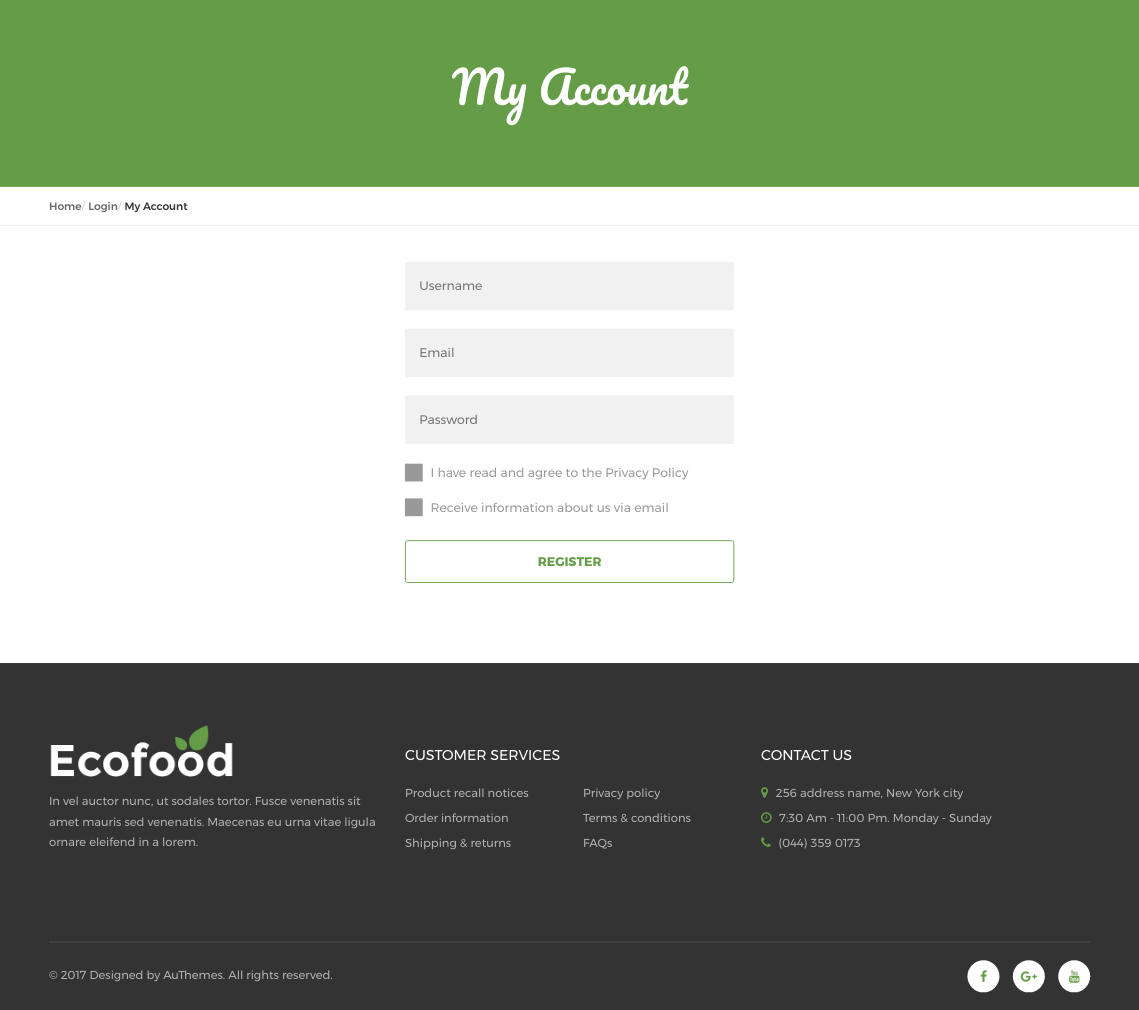
Repository: riteshyadav7878/ecofood
Page: http://localhost/register.php
An editor plug-in stored every save of this project. The page is shown before and after a run of saves, followed by the edit.
The browser window is 1280 px wide. The pictures show the whole page, at 89% of full size.
The page is run by PHP 8.4 with error messages shown; the project is at /var/www/html/. Other server files are loaded and not shown.

Above is the page before, as saved 2024-09-03 13:03:35.

### register.php
<!-- Backend -->
<?php
// Start session
session_start();

// Database connection
$conn = new mysqli('localhost', 'root', '', 'ecofood');

// Check connection
if ($conn->connect_error) {
    die("Connection failed: " . $conn->connect_error);
}

// Handling form submission
if ($_SERVER["REQUEST_METHOD"] == "POST") {
    // Get form data
    $username = $conn->real_escape_string(trim($_POST['username']));
    $email = $conn->real_escape_string(trim($_POST['email']));
    $password = $conn->real_escape_string(trim($_POST['password']));
    $receive_email_updates = isset($_POST['email-updates']) ? 1 : 0;

    // Password hashing for security
    $hashed_password = password_hash($password, PASSWORD_BCRYPT);

    // SQL query to insert data into the database
    $sql = "INSERT INTO user (username, email, password, receive_email_updates)
            VALUES ('$username', '$email', '$hashed_password', $receive_email_updates)";

    // Execute query
    if ($conn->query($sql) === TRUE) {
        // Redirect to login page after successful registration
        header("Location: login.php");
        exit();
    } else {
        echo "Error: " . $sql . "<br>" . $conn->error;
    }
}

// Close connection
$conn->close();
?>
<!DOCTYPE html>
<html class="no-js" lang="en">
<head>
    <meta charset="UTF-8">
    <title>Register - Ecofood HTML5 Templates</title>
    <meta name="description" content="Ecofood theme template">
    <meta name="author" content="AuCreative">
    <meta name="keywords" content="Ecofood theme template">
    <meta name="viewport" content="width=device-width, initial-scale=1">

    <link href="fonts/fonts.css" rel="stylesheet">
    <link href="vendor/font-awesome/css/font-awesome.min.css" rel="stylesheet">
    <link href="vendor/bootstrap/dist/css/bootstrap.min.css" rel="stylesheet">
    <link href="vendor/css-hamburgers/dist/hamburgers.min.css" rel="stylesheet">
    <link href="vendor/malihu-custom-scrollbar-plugin/jquery.mCustomScrollbar.css" rel="stylesheet">
    <link href="vendor/animate.css/animate.min.css" rel="stylesheet">
    <link href="css/main.css" rel="stylesheet">
    <link href="css/switcher.css" rel="stylesheet">
    <link href="css/colors/green.css" rel="stylesheet" id="colors">
    <link href="css/retina.css" rel="stylesheet">
    <link rel="shortcut icon" href="favicon.png">
    <link rel="apple-touch-icon" href="apple-touch-icon.png">
    <link rel="apple-touch-icon" sizes="72x72" href="apple-touch-icon-72x72.png">
    <link rel="apple-touch-icon" sizes="114x114" href="apple-touch-icon-114x114.png">
    <script src="js/modernizr-custom.js"></script>
</head>
<body>
    <div class="page-loader">
        <div class="loader"></div>
    </div>
    <div id="switcher">
        <!-- Switcher content here -->
    </div>
    <header>
        <!-- Header content here -->
    </header>

    <!-- Include Navbar -->
    <?php include 'Navbar.php'; ?>

    <section>
        <div class="section primary-color-background">
            <div class="container">
                <div class="p-t-70 p-b-85">
                    <div class="heading-page-1">
                        <h3>My Account</h3>
                    </div>
                </div>
            </div>
        </div>
        <div class="section border-bottom-grey">
            <div class="container">
                <div class="breadcrumb-1">
                    <ul>
                        <li><a href="index.php">Home</a></li>
                        <li><a href="login.php">Login</a></li>
                        <li><a href="register.php">My Account</a></li>
                    </ul>
                </div>
            </div>
        </div>
    </section>

    <div class="page-content p-t-40 p-b-90">
        <div class="container">
            <div class="row">
                <div class="col-md-4 col-md-push-4">
                    <div class="register-1">
                    <form class="theme-form" action="register.php" method="post">
    <input class="theme-input-text" type="text" name="username" placeholder="Username" required />
    <input class="theme-input-text" type="email" name="email" placeholder="Email" required />
    <input class="theme-input-text" type="password" name="password" placeholder="Password" required />
    <div class="theme-checkbox">
        <div class="item theme-input-chk">
            <input type="checkbox" id="privacy" required />
            <label for="privacy"></label>
            <span>I have read and agree to the Privacy Policy</span>
        </div>
        <div class="item theme-input-chk">
            <input type="checkbox" id="email-updates" name="email-updates" />
            <label for="email-updates"></label>
            <span>Receive information about us via email</span>
        </div>
    </div>
    <button class="au-btn au-btn-border au-btn-radius btn-block btn-submit" type="submit">REGISTER</button>
</form>


                    </div>
                </div>
            </div>
        </div>
    </div>









    <!-- Include Footer -->
    <?php include 'Footer.php'; ?>

    <div id="up-to-top">
        <i class="fa fa-angle-up"></i>
    </div>

    <script src="vendor/jquery/dist/jquery.min.js"></script>
    <script src="vendor/bootstrap/dist/js/bootstrap.min.js"></script>
    <script src="vendor/retinajs/dist/retina.min.js"></script>
    <script src="vendor/SmoothScroll/SmoothScroll.js"></script>
    <script src="js/switcher-custom.js"></script>
    <script src="js/owl-custom.js"></script>
    <script src="js/main.js"></script>
</body>
</html>

### Footer.php
<footer>

<div class="footer-1 footer-2">
<div class="container">
<div class="row">
<div class="col-md-4 col-sm-4">
<div class="footer-introduce">
<div class="footer-logo">
<img src="images/icons/ic-logo-02.png" alt="logo ecofood" />
</div>
<div class="footer-intro">
<p>In vel auctor nunc, ut sodales tortor. Fusce venenatis sit amet mauris sed venenatis. Maecenas eu urna vitae ligula ornare eleifend in a lorem.</p>
</div>
</div>
</div>
<div class="col-md-4 col-sm-4">
<div class="footer-services">
<div class="footer-heading">
<h3>CUSTOMER SERVICES</h3>
</div>
<div class="row">
<div class="col-md-6">
<ul>
<li>
<a href="#">Product recall notices</a>
</li>
<li>
<a href="#">Order information</a>
</li>
<li>
<a href="#">Shipping & returns</a>
</li>
</ul>
</div>
<div class="col-md-6">
<ul>
<li>
<a href="#">Privacy policy</a>
</li>
<li>
<a href="#">Terms & conditions</a>
</li>
<li>
<a href="#">FAQs</a>
</li>
</ul>
</div>
</div>
</div>
</div>
<div class="col-md-4 col-sm-4">
<div class="footer-contact">
<div class="footer-heading">
<h3>CONTACT US</h3>
</div>
<ul>
<li>
<i class="fa fa-map-marker"></i>
<span>256 address name, New York city</span>
</li>
<li>
<i class="fa fa-clock-o"></i>
<span>7:30 Am - 11:00 Pm. Monday - Sunday</span>
</li>
<li>
<i class="fa fa-phone"></i>
<span>(044) 359 0173</span>
</li>
</ul>
</div>
</div>
</div>
<div class="footer-bottom">
<div class="footer-copyright">
<p>© 2017 Designed by AuThemes. All rights reserved.</p>
</div>
<ul class="footer-socials">
<li>
<a class="fa fa-facebook" href="#"></a>
</li>
<li>
<a class="fa fa-google-plus" href="#"></a>
</li>
<li>
<a class="fa fa-youtube" href="#"></a>
</li>
</ul>
</div>
</div>
</div>

</footer>

### fonts/fonts.css
@font-face{font-family:montserrat;font-style:normal;font-weight:200;src:url(Montserrat-normal-200.woff) format('woff');unicode-range:U+0-10FFFF}@font-face{font-family:montserrat;font-style:normal;font-weight:300;src:url(Montserrat-normal-300.woff) format('woff');unicode-range:U+0-10FFFF}@font-face{font-family:montserrat;font-style:normal;font-weight:400;src:url(Montserrat-normal-400.woff) format('woff');unicode-range:U+0-10FFFF}@font-face{font-family:montserrat;font-style:normal;font-weight:500;src:url(Montserrat-normal-500.woff) format('woff');unicode-range:U+0-10FFFF}@font-face{font-family:montserrat;font-style:normal;font-weight:600;src:url(Montserrat-normal-600.woff) format('woff');unicode-range:U+0-10FFFF}@font-face{font-family:montserrat;font-style:normal;font-weight:700;src:url(Montserrat-normal-700.woff) format('woff');unicode-range:U+0-10FFFF}@font-face{font-family:montserrat;font-style:normal;font-weight:800;src:url(Montserrat-normal-800.woff) format('woff');unicode-range:U+0-10FFFF}@font-face{font-family:montserrat;font-style:normal;font-weight:900;src:url(Montserrat-normal-900.woff) format('woff');unicode-range:U+0-10FFFF}@font-face{font-family:montserrat;font-style:italic;font-weight:100;src:url(Montserrat-italic-100.woff) format('woff');unicode-range:U+0-10FFFF}@font-face{font-family:montserrat;font-style:italic;font-weight:200;src:url(Montserrat-italic-200.woff) format('woff');unicode-range:U+0-10FFFF}@font-face{font-family:montserrat;font-style:italic;font-weight:300;src:url(Montserrat-italic-300.woff) format('woff');unicode-range:U+0-10FFFF}@font-face{font-family:montserrat;font-style:italic;font-weight:400;src:url(Montserrat-italic-400.woff) format('woff');unicode-range:U+0-10FFFF}@font-face{font-family:montserrat;font-style:italic;font-weight:500;src:url(Montserrat-italic-500.woff) format('woff');unicode-range:U+0-10FFFF}@font-face{font-family:montserrat;font-style:italic;font-weight:600;src:url(Montserrat-italic-600.woff) format('woff');unicode-range:U+0-10FFFF}@font-face{font-family:montserrat;font-style:italic;font-weight:700;src:url(Montserrat-italic-700.woff) format('woff');unicode-range:U+0-10FFFF}@font-face{font-family:montserrat;font-style:italic;font-weight:800;src:url(Montserrat-italic-800.woff) format('woff');unicode-range:U+0-10FFFF}@font-face{font-family:montserrat;font-style:italic;font-weight:900;src:url(Montserrat-italic-900.woff) format('woff');unicode-range:U+0-10FFFF}@font-face{font-family:pacifico;font-style:normal;font-weight:400;src:url(Pacifico-normal-400.woff) format('woff');unicode-range:U+0-10FFFF}

### css/switcher.css
#switcher .mCustomScrollbar{height:100%;width:100%;display:block}#switcher .mCustomScrollBox,#switcher .mCSB_container{overflow:visible}#switcher .mCustomScrollBox,#switcher .mCSB_container{overflow:visible}#switcher .mCSB_scrollTools{left:-20px}#switcher{color:#fff;padding:30px 10px;background:#333;position:fixed;top:0;left:0;z-index:9999;font-size:12px;width:300px;-webkit-box-sizing:border-box;-moz-box-sizing:border-box;box-sizing:border-box;margin-left:-300px;height:100%;-webkit-transition:all .3s;-o-transition:all .3s;-moz-transition:all .3s;transition:all .3s}#switcher.show{left:300px;-webkit-transition:all .3s;-o-transition:all .3s;-moz-transition:all .3s;transition:all .3s}#switcher .sw-title{display:block;font-size:16px;margin:10px 0}#switcher .btn-buy{color:#fff;display:block;text-align:center;padding:7px}#switcher span.switcher-cog{position:absolute;right:-30px;top:120px;display:block;width:40px;height:40px;padding:10px}#switcher span.switcher-cog:after{position:absolute;display:inline-block;width:40px;height:40px;padding:10px;background:#333;cursor:pointer;content:"\f013";font-family:fontawesome,serif;font-size:22px;font-weight:400;line-height:20px}#switcher #tm-color{padding:0;margin:0}#switcher #tm-color:after{content:"";display:table;clear:both}#switcher #tm-color li{list-style:none;display:inline-block;float:left;width:27px;height:25px;margin:0 2.5px 5px;background:#0c9;border-radius:2px;-moz-border-radius:2px;-webkit-border-radius:2px;cursor:pointer}#switcher #tm-color li.color1{background:#649c47}#switcher #tm-color li.color2{background:#d98031}#switcher #tm-color li.color3{background:#aaa733}#switcher #tm-color li.color4{background:#e1a4a5}#switcher #tm-color li.color5{background:#dd6946}#switcher #tm-color li.color6{background:#ca463d}#switcher #tm-color li.color7{background:#607442}#switcher .demo-homepage{margin:0;padding:0}#switcher .demo-homepage:after{content:"";display:table;clear:both}#switcher .demo-homepage li{display:inline-block;width:48%;margin:1%;float:left;position:relative}#switcher .demo-homepage li a{display:block;position:relative}#switcher .demo-homepage li:hover .popup-demo-homepage{visibility:visible;-webkit-transition:all .3s ease-in-out;-o-transition:all .3s ease-in-out;-moz-transition:all .3s ease-in-out;transition:all .3s ease-in-out;opacity:1;bottom:60%}#switcher .popup-demo-homepage{display:block;position:absolute;left:80%;width:460px;bottom:50%;border:5px solid #fff;z-index:999;-webkit-transition:all .3s ease-in-out;-o-transition:all .3s ease-in-out;-moz-transition:all .3s ease-in-out;transition:all .3s ease-in-out;visibility:hidden;opacity:0}#switcher .demo-homepage li a img{width:100%}

### css/retina.css
@media all and (-webkit-min-device-pixel-ratio:1.5){}

Loaded but not shown: css/main.css (library); css/colors/green.css (library); js/modernizr-custom.js (library); js/main.js (8 lines, source omitted); js/owl-custom.js (2 lines, source omitted); js/revo-slider-custom.js (2 lines, source omitted); js/switcher-custom.js (1 lines, source omitted); Navbar.php (195 lines, source omitted)

After the next 4 saves:
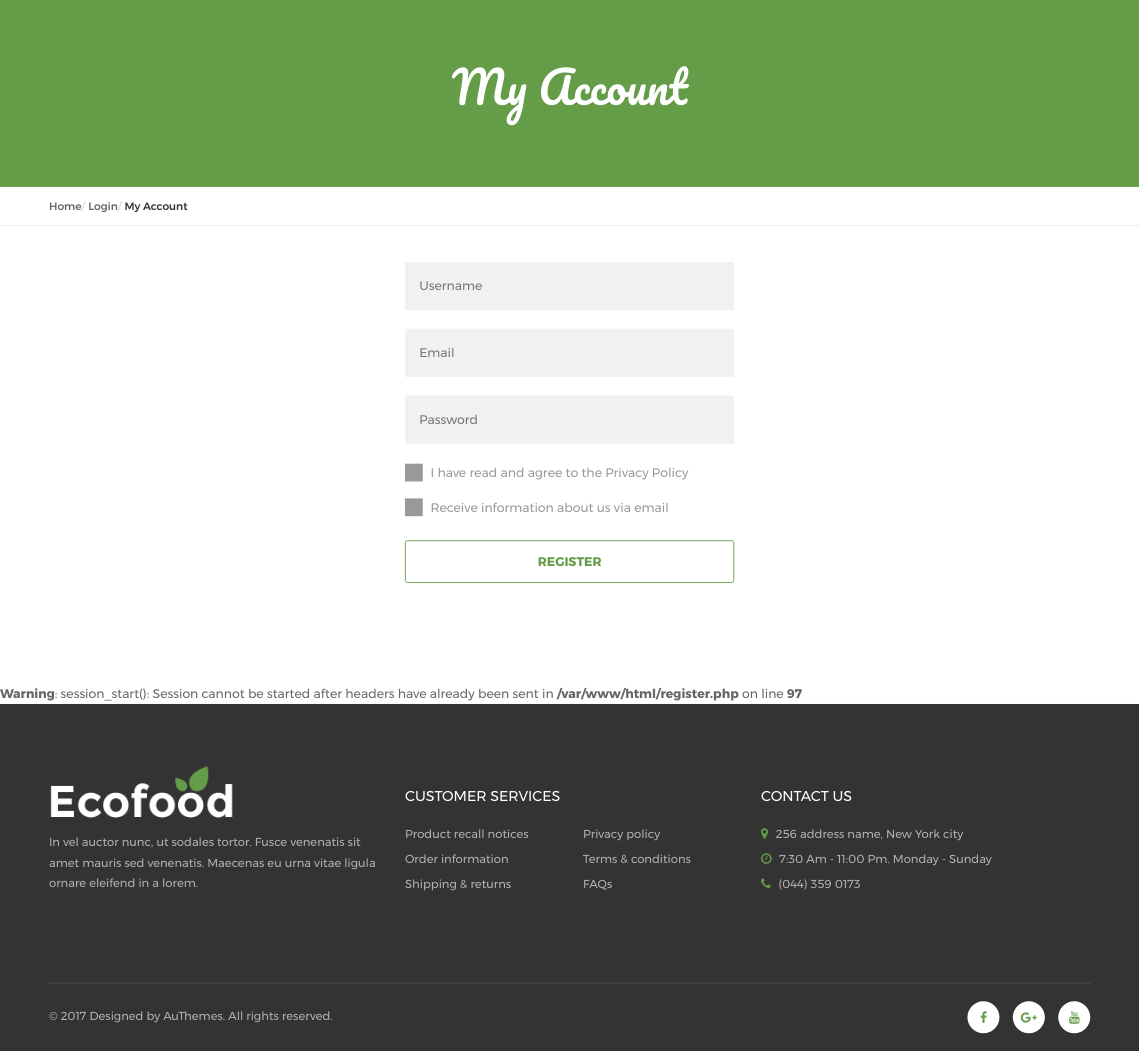
The 4 saves are shown as one change because they came seconds apart.
The last was saved 53 s later.
--- a/register.php
+++ b/register.php
@@ -1,44 +1,3 @@
-<!-- Backend -->
-<?php
-// Start session
-session_start();
-
-// Database connection
-$conn = new mysqli('localhost', 'root', '', 'ecofood');
-
-// Check connection
-if ($conn->connect_error) {
-    die("Connection failed: " . $conn->connect_error);
-}
-
-// Handling form submission
-if ($_SERVER["REQUEST_METHOD"] == "POST") {
-    // Get form data
-    $username = $conn->real_escape_string(trim($_POST['username']));
-    $email = $conn->real_escape_string(trim($_POST['email']));
-    $password = $conn->real_escape_string(trim($_POST['password']));
-    $receive_email_updates = isset($_POST['email-updates']) ? 1 : 0;
-
-    // Password hashing for security
-    $hashed_password = password_hash($password, PASSWORD_BCRYPT);
-
-    // SQL query to insert data into the database
-    $sql = "INSERT INTO user (username, email, password, receive_email_updates)
-            VALUES ('$username', '$email', '$hashed_password', $receive_email_updates)";
-
-    // Execute query
-    if ($conn->query($sql) === TRUE) {
-        // Redirect to login page after successful registration
-        header("Location: login.php");
-        exit();
-    } else {
-        echo "Error: " . $sql . "<br>" . $conn->error;
-    }
-}
-
-// Close connection
-$conn->close();
-?>
 <!DOCTYPE html>
 <html class="no-js" lang="en">
 <head>
@@ -108,24 +67,23 @@
                 <div class="col-md-4 col-md-push-4">
                     <div class="register-1">
                     <form class="theme-form" action="register.php" method="post">
-    <input class="theme-input-text" type="text" name="username" placeholder="Username" required />
-    <input class="theme-input-text" type="email" name="email" placeholder="Email" required />
-    <input class="theme-input-text" type="password" name="password" placeholder="Password" required />
-    <div class="theme-checkbox">
-        <div class="item theme-input-chk">
-            <input type="checkbox" id="privacy" required />
-            <label for="privacy"></label>
-            <span>I have read and agree to the Privacy Policy</span>
-        </div>
-        <div class="item theme-input-chk">
-            <input type="checkbox" id="email-updates" name="email-updates" />
-            <label for="email-updates"></label>
-            <span>Receive information about us via email</span>
-        </div>
-    </div>
-    <button class="au-btn au-btn-border au-btn-radius btn-block btn-submit" type="submit">REGISTER</button>
-</form>
-
+                        <input class="theme-input-text" type="text" name="username" placeholder="Username" required />
+                        <input class="theme-input-text" type="email" name="email" placeholder="Email" required />
+                        <input class="theme-input-text" type="password" name="password" placeholder="Password" required />
+                        <div class="theme-checkbox">
+                            <div class="item theme-input-chk">
+                                <input type="checkbox" id="privacy" required />
+                                <label for="privacy"></label>
+                                <span>I have read and agree to the Privacy Policy</span>
+                            </div>
+                            <div class="item theme-input-chk">
+                                <input type="checkbox" id="email-updates" name="email-updates" />
+                                <label for="email-updates"></label>
+                                <span>Receive information about us via email</span>
+                            </div>
+                        </div>
+                        <button class="au-btn au-btn-border au-btn-radius btn-block btn-submit" type="submit">REGISTER</button>
+                    </form>
 
                     </div>
                 </div>
@@ -133,7 +91,47 @@
         </div>
     </div>
 
+<!-- Backend -->
+<?php
+// Start session
+session_start();
 
+// Database connection
+$conn = new mysqli('localhost', 'root', '', 'ecofood');
+
+// Check connection
+if ($conn->connect_error) {
+    die("Connection failed: " . $conn->connect_error);
+}
+
+// Handling form submission
+if ($_SERVER["REQUEST_METHOD"] == "POST") {
+    // Get form data
+    $username = $conn->real_escape_string(trim($_POST['username']));
+    $email = $conn->real_escape_string(trim($_POST['email']));
+    $password = $conn->real_escape_string(trim($_POST['password']));
+    $receive_email_updates = isset($_POST['email-updates']) ? 1 : 0;
+
+    // Password hashing for security
+    $hashed_password = password_hash($password, PASSWORD_BCRYPT);
+
+    // SQL query to insert data into the database
+    $sql = "INSERT INTO user (username, email, password, receive_email_updates)
+            VALUES ('$username', '$email', '$hashed_password', $receive_email_updates)";
+
+    // Execute query
+    if ($conn->query($sql) === TRUE) {
+        // Redirect to login page after successful registration
+        header("Location: login.php");
+        exit();
+    } else {
+        echo "Error: " . $sql . "<br>" . $conn->error;
+    }
+}
+
+// Close connection
+$conn->close();
+?>
 
 
 

After the save that followed:
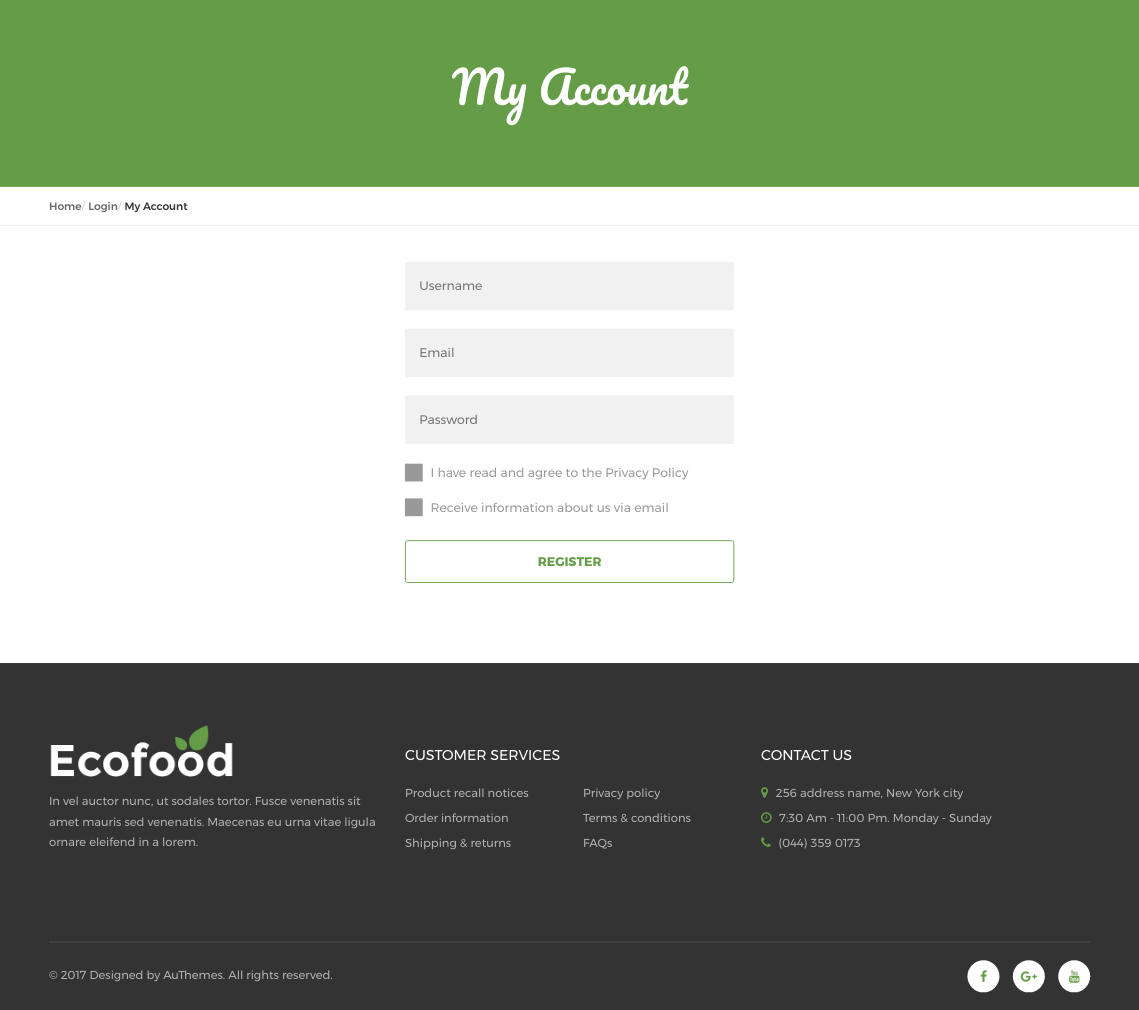
Saved 11 s later.
--- a/register.php
+++ b/register.php
@@ -91,47 +91,6 @@
         </div>
     </div>
 
-<!-- Backend -->
-<?php
-// Start session
-session_start();
-
-// Database connection
-$conn = new mysqli('localhost', 'root', '', 'ecofood');
-
-// Check connection
-if ($conn->connect_error) {
-    die("Connection failed: " . $conn->connect_error);
-}
-
-// Handling form submission
-if ($_SERVER["REQUEST_METHOD"] == "POST") {
-    // Get form data
-    $username = $conn->real_escape_string(trim($_POST['username']));
-    $email = $conn->real_escape_string(trim($_POST['email']));
-    $password = $conn->real_escape_string(trim($_POST['password']));
-    $receive_email_updates = isset($_POST['email-updates']) ? 1 : 0;
-
-    // Password hashing for security
-    $hashed_password = password_hash($password, PASSWORD_BCRYPT);
-
-    // SQL query to insert data into the database
-    $sql = "INSERT INTO user (username, email, password, receive_email_updates)
-            VALUES ('$username', '$email', '$hashed_password', $receive_email_updates)";
-
-    // Execute query
-    if ($conn->query($sql) === TRUE) {
-        // Redirect to login page after successful registration
-        header("Location: login.php");
-        exit();
-    } else {
-        echo "Error: " . $sql . "<br>" . $conn->error;
-    }
-}
-
-// Close connection
-$conn->close();
-?>
 
 
 
